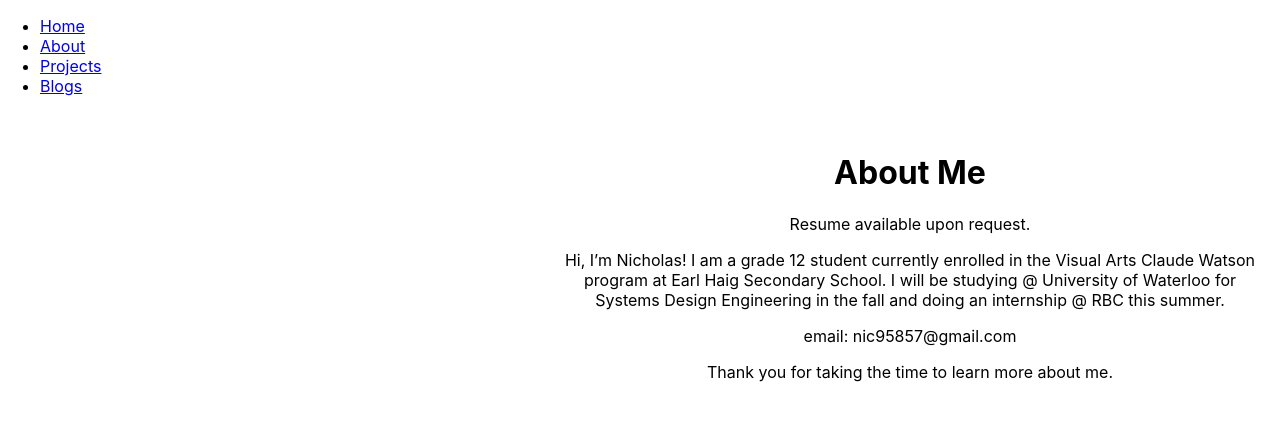
Repository: nicholaschen09/personalWebsite
Page: /about
The author's editor kept a copy of each file at every save. The page is drawn from the files as they stood at one save, then again after the next save.
The browser window is 1280 px wide. The pictures show the whole page.
The project was rebuilt for these pictures with package versions that can differ from the ones it lists, and the page was loaded fresh each time. Also part of the build but not shown: src/components/Home.css, src/components/Home.js, src/components/Projects.css, src/components/Projects.js, src/components/Blog.css, src/components/Blog.js.

Above is the page before, as saved 2024-05-23 00:20:26.

### src/App.js
import React from 'react';
import { BrowserRouter as Router, Route, Routes, Link } from 'react-router-dom';
import About from './components/About.js';
import Home from './components/Home.js';
import Projects from './components/Projects.js';
import Blog from './components/Blog.js';

function App() {
  return (
    <Router>
      <div>
        <nav>
          <ul>
            <li>
              <Link to="/">Home</Link>
            </li>
            <li>
              <Link to="/about">About</Link>
            </li>
            <li>
              <Link to="/projects">Projects</Link>
            </li>
            <li>
              <Link to="/blogs">Blogs</Link>
            </li>
          </ul>
        </nav>

        <Routes>
          <Route path="/about" element={<About />} />
          <Route path="/" element={<Home />} />
          <Route path="/projects" element={<Projects />} />
          <Route path="/blogs" element={<Blog />} />
        </Routes>
      </div>
    </Router>
  );
}

export default App;

### src/components/About.js
// src/components/About/About.js
import React from 'react';
import './About.css';

const About = () => {
    return (
        <div className="about">
            <h1>About Me</h1>
            <p>Resume available upon request.</p>
            <p>Hi, I’m Nicholas!  I am a grade 12 student currently enrolled in the Visual Arts Claude Watson
                program at Earl Haig Secondary School. I will be studying @ University of
                Waterloo for Systems Design Engineering in the fall and doing an internship @ RBC this summer.</p>
            <p>email: nic95857@gmail.com</p>
            <p>Thank you for taking the time to learn more about me.</p>
        </div>
    );
};

export default About;

### src/components/About.css
.about {
    text-align: center;
    padding: 20px;
    width: 700px;
    margin-left: auto;
}

Loaded but not shown: public/index.html (common file); src/index.js (common file); src/index.css (common file); src/reportWebVitals.js (common file)

After the next save:
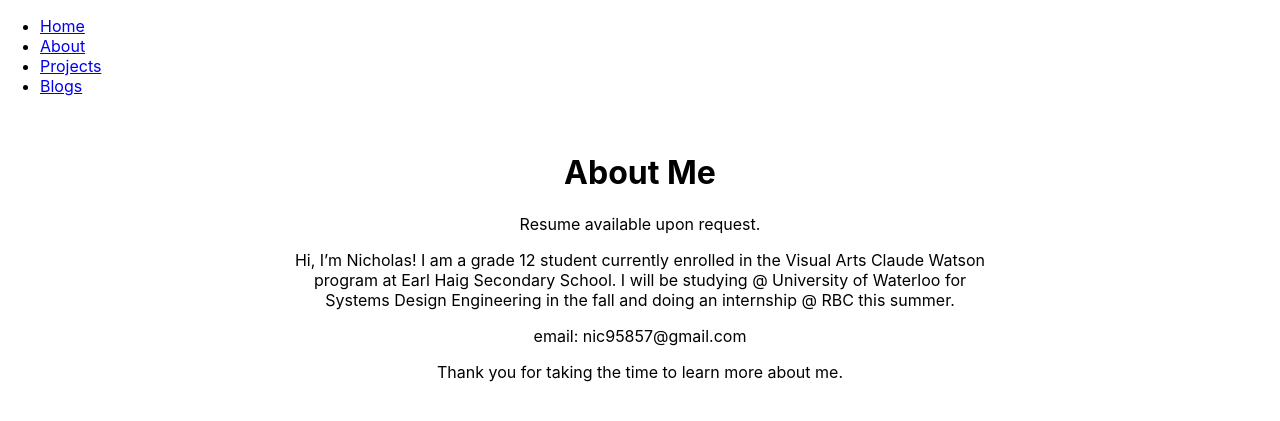
Saved 19 s later.
--- a/src/components/About.css
+++ b/src/components/About.css
@@ -3,4 +3,5 @@
     padding: 20px;
     width: 700px;
     margin-left: auto;
+    margin-right: auto;
 }
